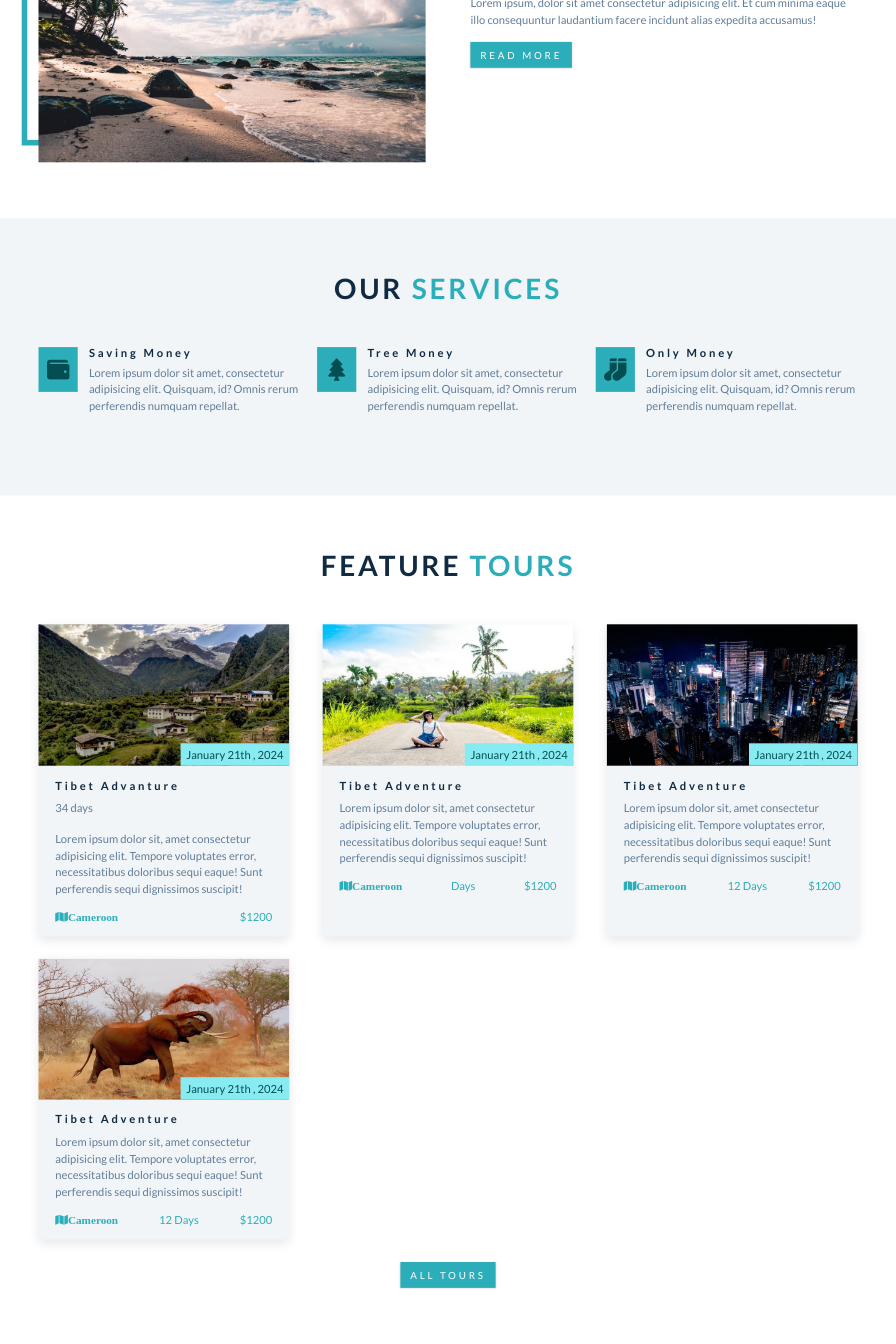
Repository: Ndifoinhilary/flexbox-project
Page: index.html
An editor plug-in stored every save of this project. The page is shown before and after the next save, followed by the edit.
The browser window is 1280 px wide. The pictures show the part of the page from y = 1087 to 3007 px (the page is 3007 px tall before and 2979 px after), at 70% of full size.

Above is the page before, as saved 2024-01-21 20:26:03.

### index.html
<!DOCTYPE html>
<html lang="en">
  <head>
    <meta charset="UTF-8" />
    <meta name="viewport" content="width=device-width, initial-scale=1.0" />
    <meta http-equiv="X-UA-Compatible" content="ie=edge" />
    <title>Backroads || Tour Company</title>
    <!-- favicon -->
    <link rel="shortcut icon" href="./images/favicon.ico" type="image/x-icon" />
    <!-- font-awesome -->
    <link rel="stylesheet" href="fontawesome-free-5.9.0-web/css/all.min.css" />
    <!-- styles css -->
    <link rel="stylesheet" href="./css/main.css" />
  </head>
  <body>
    <header id="home">
      <!-- nav bar -->
      <!-- end of nav bar -->
  <!-- hero section  -->
  <div class="hero">
    <div class="hero-banner">
      <h1>continue exploring</h1>
      <p>Lorem ipsum dolor sit, amet consectetur adipisicing elit. Officiis, quam!</p>
      <a href="#featured" class="btn hero-btn scroll-link ">explore tours</a>
    </div>
  </div>
   <!-- end of hero section  -->
    </header>
    <!-- end of header -->
   <!-- section -->
    <section class="section" id="about">
      <!-- section title -->
      <div class="section-title">
        <h2>about <span>us</span></h2>
      </div>
            <!-- section title -->
        <div class="section-center about-center">
          <!-- about image wrapper -->
          <article class="about-img">
            <img src="./images/about.jpeg"  class="about-photo" alt="awesome">
          </article>
          <!-- about infor -->
          <artilce class="about-info">
            <h3>explore the difference</h3>
            <p>Lorem ipsum, dolor sit amet consectetur adipisicing elit. Et cum minima eaque illo consequuntur laudantium facere incidunt alias expedita accusamus!</p>
            <a href="#" class="btn">read more</a>
          </artilce>
        </div>
    </section>
    <!-- end of about  section -->


    <!-- service section start -->

    <section class="section services" id="servics">
      <div class="section-title">
        <h2>our <span>services</span></h2>
      </div>
      <div class="section-center services-center">
        <!-- single service -->
        <article class="service">
          <span class="service-icon">
            <i class="fas fa-wallet fa-fw"></i>
          </span>
          <div class="service-info">
            <h4 class="service-title" >saving money</h4>
            <p class="service-text"> Lorem ipsum dolor sit
              amet, consectetur adipisicing elit. Quisquam, id?
               Omnis rerum perferendis numquam repellat.</p>
          </div>
        </article>
        <article class="service">
          <span class="service-icon">
            <i class="fas fa-tree fa-fw"></i>
          </span>
          <div class="service-info">
            <h4 class="service-title" >tree money</h4>
            <p class="service-text"> Lorem ipsum dolor sit
              amet, consectetur adipisicing elit. Quisquam, id?
               Omnis rerum perferendis numquam repellat.</p>
          </div>
        </article>
         <article class="service">
          <span class="service-icon">
            <i class="fas fa-socks fa-fw"></i>
          </span>
          <div class="service-info">
            <h4 class="service-title" >only  money</h4>
            <p class="service-text"> Lorem ipsum dolor sit
              amet, consectetur adipisicing elit. Quisquam, id?
               Omnis rerum perferendis numquam repellat.</p>
          </div>
        </article>
      </div>
      </section>

<!-- feartueres tours -->

<section class="section" id="featured">
  <div class="section-title">
    <h2>feature <span>tours</span></h2>
  </div>
  <!-- featured center -->
 <div class="section-center featured-center">
  <article class="tour-card">
    <div class="tour-img-container">
      <img src="./images/tour-1.jpeg"    alt="tour around" class="tour-mg">
      <p class="tour-date">january 21th , 2024</p>
    </div>
    <div class="tour-info">
     <div class="tour-title">
      <h4>tibet advanture</h4>
      <p>34 days</p>
     </div>
      <p>Lorem ipsum dolor sit, amet consectetur adipisicing elit. Tempore voluptates error, necessitatibus doloribus sequi eaque! Sunt
        perferendis sequi dignissimos suscipit!</p>

        <div class="tour-footer">
          <p><span><i class="fas fa-map" >Cameroon</i></span></p>
          <p>$1200</p>
        </div>
    </div>
  </article>
  <article class="tour-card">
    <div class="tour-img-container">
      <img src="./images/tour-2.jpeg"    alt="tour around" class="tour-mg">
      <p class="tour-date">january 21th , 2024</p>
    </div>
    <div class="tour-info">
      <h4>tibet adventure</h4>
      <p>Lorem ipsum dolor sit, amet consectetur adipisicing elit. Tempore voluptates error, necessitatibus doloribus sequi eaque! Sunt
        perferendis sequi dignissimos suscipit!</p>

        <div class="tour-footer">
          <p><span><i class="fas fa-map" >Cameroon</i></span></p>
          <p>days</p>
          <p>$1200</p>
        </div>
    </div>
  </article>
    <article class="tour-card">
    <div class="tour-img-container">
      <img src="./images/tour-3.jpeg"    alt="tour around" class="tour-mg">
      <p class="tour-date">january 21th , 2024</p>
    </div>
    <div class="tour-info">
      <h4>tibet adventure</h4>
      <p>Lorem ipsum dolor sit, amet consectetur adipisicing elit. Tempore voluptates error, necessitatibus doloribus sequi eaque! Sunt
        perferendis sequi dignissimos suscipit!</p>

        <div class="tour-footer">
          <p><span><i class="fas fa-map" >Cameroon</i></span></p>
          <p>12 days</p>
          <p>$1200</p>
        </div>
    </div>
  </article>
  <article class="tour-card">
    <div class="tour-img-container">
      <img src="./images/tour-4.jpeg"    alt="tour around" class="tour-mg">
      <p class="tour-date">january 21th , 2024</p>
    </div>
    <div class="tour-info">
      <h4>tibet adventure</h4>
      <p>Lorem ipsum dolor sit, amet consectetur adipisicing elit. Tempore voluptates error, necessitatibus doloribus sequi eaque! Sunt
        perferendis sequi dignissimos suscipit!</p>

        <div class="tour-footer">
          <p><span><i class="fas fa-map" >Cameroon</i></span></p>
          <p>12 days</p>
          <p>$1200</p>
        </div>
    </div>
  </article>
 </div>
 <div class="tour-btn">
  <a href="#" class="btn"> all tours</a>
 </div>
</section>

<!-- end   feartueres tours -->



    <!-- end of service section start -->
  </body>
</html>

### css/main.css
/*
===============
Fonts
===============
*/
@import url("https://fonts.googleapis.com/css?family=Lato:400,700&display=swap");

/*
===============
Variables
===============
*/

:root {
  /* dark shades of primary color*/
  --clr-primary-1: hsl(184, 91%, 17%);
  --clr-primary-2: hsl(185, 84%, 25%);
  --clr-primary-3: hsl(185, 81%, 29%);
  --clr-primary-4: hsl(184, 77%, 34%);
  /* primary/main color */
  --clr-primary-5: hsl(185, 62%, 45%);
  /* lighter shades of primary color */
  --clr-primary-6: hsl(185, 57%, 50%);
  --clr-primary-7: hsl(184, 65%, 59%);
  --clr-primary-8: hsl(184, 80%, 74%);
  --clr-primary-9: hsl(185, 94%, 87%);
  --clr-primary-10: hsl(186, 100%, 94%);
  /* darkest grey - used for headings */
  --clr-grey-1: hsl(209, 61%, 16%);
  --clr-grey-2: hsl(211, 39%, 23%);
  --clr-grey-3: hsl(209, 34%, 30%);
  --clr-grey-4: hsl(209, 28%, 39%);
  /* grey used for paragraphs */
  --clr-grey-5: hsl(210, 22%, 49%);
  --clr-grey-6: hsl(209, 23%, 60%);
  --clr-grey-7: hsl(211, 27%, 70%);
  --clr-grey-8: hsl(210, 31%, 80%);
  --clr-grey-9: hsl(212, 33%, 89%);
  --clr-grey-10: hsl(210, 36%, 96%);
  --clr-white: #fff;
  --ff-primary: "Lato", sans-serif;
  --transition: all 0.3s linear;
  --spacing: 0.25rem;
  --radius: 0.5rem;
  --light-shadow: 0 5px 15px rgba(0, 0, 0, 0.1);
  --dark-shadow: 0 5px 15px rgba(0, 0, 0, 0.2);
}
/*
===============
Global Styles
===============
*/

* {
  margin: 0;
  padding: 0;
  box-sizing: border-box;
}
body {
  font-family: var(--ff-primary);
  background: var(--clr-white);
  color: var(--clr-grey-1);
  line-height: 1.5;
  font-size: 0.875rem;
}
a {
  text-decoration: none;
}
/* img:not(.nav-logo) {
  width: 100%;
  display: block;
} */
img {
  width: 100%;
  display: block;
}
h1,
h2,
h3,
h4 {
  letter-spacing: var(--spacing);
  text-transform: capitalize;
  line-height: 1.25;
  margin-bottom: 0.75rem;
}
h1 {
  font-size: 3rem;
}
h2 {
  font-size: 2rem;
}
h3 {
  font-size: 1.25rem;
}
h4 {
  font-size: 0.875rem;
}
p {
  margin-bottom: 1.25rem;
  color: var(--clr-grey-5);
}
@media screen and (min-width: 800px) {
  h1 {
    font-size: 4rem;
  }
  h2 {
    font-size: 2.5rem;
  }
  h3 {
    font-size: 1.75rem;
  }
  h4 {
    font-size: 1rem;
  }
  body {
    font-size: 1rem;
  }
  h1,
  h2,
  h3,
  h4 {
    line-height: 1;
  }
}
/*  global classes */

.btn {
  text-transform: uppercase;
  background: var(--clr-primary-5);
  color: var(--clr-white);
  padding: 0.375rem 0.75rem;
  letter-spacing: var(--spacing);
  display: inline-block;
  /* font-weight: 700; */
  transition: var(--transition);
  font-size: 0.875rem;
  border: 2px solid transparent;
  cursor: pointer;
  box-shadow: 0 1px 3px rgba(0, 0, 0, 0.2);
}
.btn:hover {
  color: var(--clr-primary-1);
  background: var(--clr-primary-8);
}
.section {
  padding: 5rem 0;
}
.section-title {
  text-align: center;
  margin-bottom: 4rem;
}
.section-title h2 {
  text-transform: uppercase;
}
.section-title span {
  color: var(--clr-primary-5);
}
.section-center {
  width: 90vw;
  margin: 0 auto;
  max-width: 1170px;
}
@media screen and (min-width: 992px) {
  .section-center {
    width: 95vw;
  }
}
/*
===============
Navbar
===============
*/

/*
===============
Hero
===============
*/
.hero {
  min-height: 100vh;
  background: var(--clr-primary-5);
  display: flex;
  justify-content: center;
  align-items: center;
}
.hero-banner {
  text-align: center;
  color: var(--clr-white);
  padding: 0 3rem;
}
.hero-banner h1 {
  text-transform: uppercase;
}
.hero-banner p {
  max-width: 35rem;
  margin-left: auto;
  margin-right: auto;
  color: var(--clr-white);
  letter-spacing: var(--spacing);
}
.hero-btn {
  padding: 0.9rem 1.6rem;
  font-size: 1.25rem;
  background: var(--clr-white);
  color: var(--clr-primary-5);
}
.hero-btn:hover {
  background: transparent;
  color: var(--clr-white);
  border-color: var(--clr-white);
}
@media screen and (min-width: 768px) {
  .hero {
    background: linear-gradient(rgb(44, 174, 186, 0.7), rgba(0, 0, 0, 0.7)),
      url("../images/main.jpeg") center/cover no-repeat;
  }
  .hero-banner {
    padding: 0;
  }
  .hero-banner p {
    max-width: 45rem;
  }
}
/*
===============
About
===============
*/
/* section add to globals */
/* title add to globals */
/* section center add to globals */
.about-img,
.about-info {
  margin-bottom: 2rem;
}
@media screen and (min-width: 992px) {
  .about-center {
    display: flex;
    justify-content: space-between;
    flex-wrap: wrap;
  }
  .about-img,
  .about-info {
    flex: 0 0 calc(50% - 2rem);
    margin-bottom: 0;
    align-self: center;
  }
}

@media screen and (min-width: 1170px) {
  .about-img::before{
    content: "";
    position: absolute;
    border: 0.5rem solid var(--clr-primary-5);
    box-sizing: border-box;
    height: 100%;
    width: 100%;
    top: -1.5rem;
    left: -1.5rem;

  }
  .about-img{
    position: relative;
  }
  .about-photo{
    position: relative ;
  }
}
/*
===============
Services
===============
*/
.services{
  background: var(--clr-grey-10);
}
.service{
  text-align: center;
  margin-bottom: 3rem;
}
.service-icon{
  background: var(--clr-primary-5);
  color: var(--clr-primary-1);
  padding: 0.5rem;
  display: inline-block;
  font-size: 2rem;
  margin-bottom: 1.5rem;
}

.service-text{
  max-width: 20rem;
  margin-left: auto;
  margin-right: auto;
}



@media screen  and (min-width:576px) {
  .section-center{
    display: flex;
    justify-content: space-between;
    flex-wrap: wrap;
  }
  .service{
    flex: 0 0 calc(50% - 1rem);
    margin-bottom: 1rem;
  }
}
@media screen  and (min-width:992px) {
.service{
    flex: 0 0 calc(33.333% - 1rem);
  }
}
@media screen  and (min-width:1170px) {
.service{
  display: flex;
  text-align: left;
  }
  .service-icon{
    align-self: start;
  }
  .service-info{
    padding-left: 1rem;
  }
  .service-title{
    margin-bottom: 0.5rem;
  }
}
/*
===============
Featured Tours
===============
*/


.tour-card{
  transition: var(--transition);
  background: var(--clr-grey-10);
  box-shadow: var(--light-shadow);
  margin-bottom: 2rem;
}

.tour-card:hover{
  box-shadow: var(--dark-shadow);
  transform: scale(1.02);
}
.tour-img-container{
  position: relative;
}
.tour-img{
  height: 15rem;
  object-fit: cover;
}
.tour-date{
  position: absolute;
  right: 0;
  bottom: 0;
  background: var(--clr-primary-8);
  margin-bottom: 0;
  color: var(--clr-primary-1);
  text-transform: capitalize;
  padding: 0.25rem 0.5rem;
}
.tour-info{
  padding: 1.25rem 1.5rem;
}
.tour-footer{
  display: flex;
  justify-content: space-between;
  flex-wrap: wrap;
  align-items: center;
}
.tour-footer p {
  line-height: 0;
  margin-bottom: 0;
  text-transform: capitalize;
  color: var(--clr-primary-5);
}
.tour-btn{
  text-align: center;
}


@media screen and (min-width:760px) {
  .featured-center{
    display: flex;
    flex-wrap: wrap;
    justify-content: space-between;
  }
  .tour-card{
    flex: 0 0 calc(50% - 2rem);
  }
}
@media screen and (min-width:1170px) {
  .tour-card{
    flex: 0 0 calc(33.33% - 2rem);
  }
}
/*
===============
Deals
===============
*/
/*
===============
Gallery
===============
*/

/*
===============
Footer
===============
*/

Loaded but not shown: fontawesome-free-5.9.0-web/css/all.min.css (library)

After the next save:
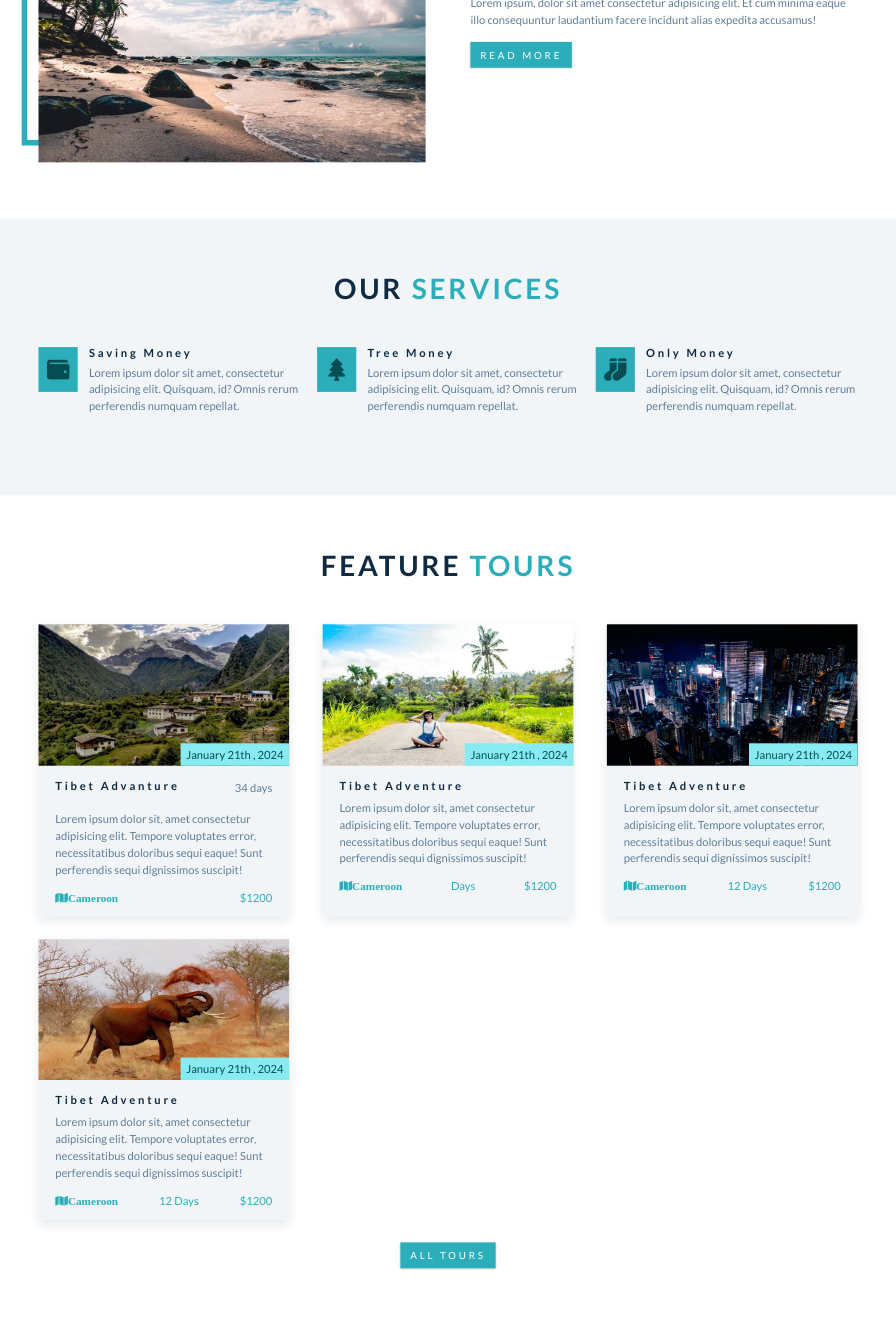
Saved 112 s later.
--- a/css/main.css
+++ b/css/main.css
@@ -396,6 +396,11 @@ Featured Tours
     flex: 0 0 calc(33.33% - 2rem);
   }
 }
+.tour-title{
+  display: flex;
+  justify-content: space-between;
+  flex-wrap: wrap;
+}
 /*
 ===============
 Deals
